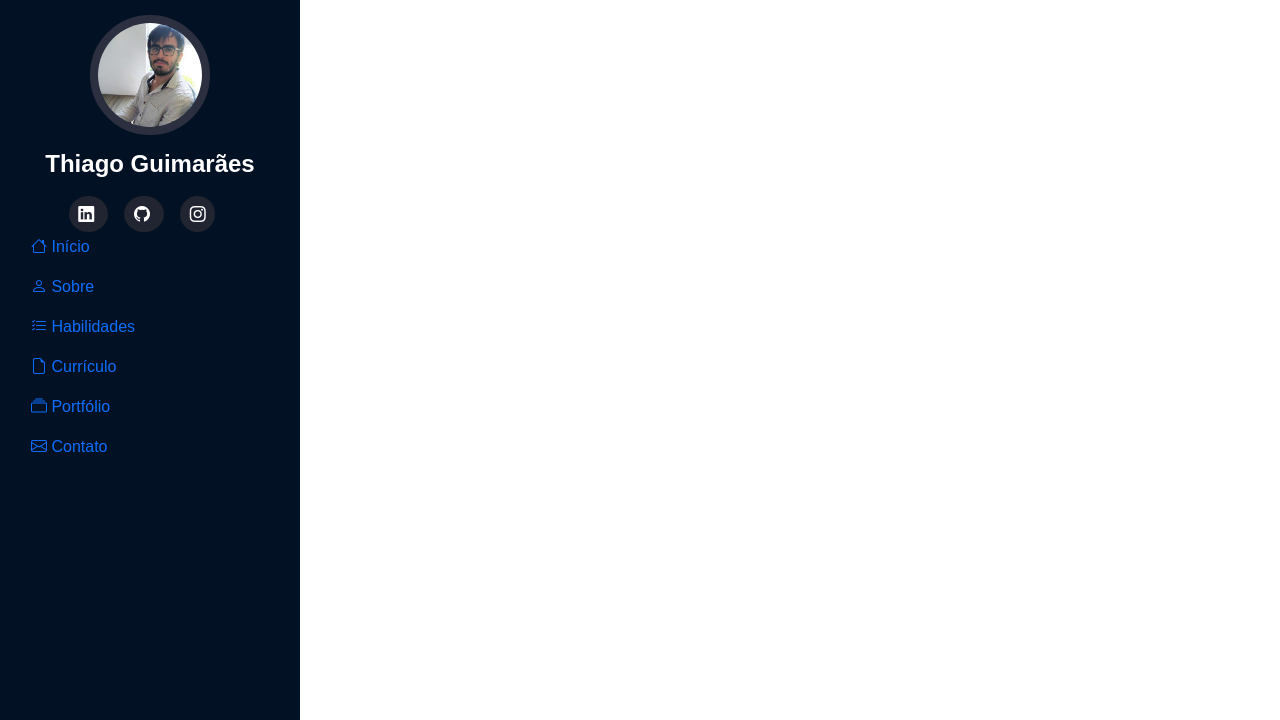
Repository: Rayago/projeto-portfolio
Page: http://localhost/
These files come from the project's save history. The page is drawn as it stood at one moment and after the next save; the edit follows.
The browser window is 1280 px wide. The pictures show the whole page.
Some web fonts or font styles are not loaded; a fallback is used. The page is served by the project's application, run on Flask 3 (app.py).

Above is the page before, as saved 2022-07-11 23:21:26.

### templates/index.html
<!DOCTYPE html>
<html lang="pt-br">
<head>
    <meta charset="UTF-8">
    <meta http-equiv="X-UA-Compatible" content="IE=edge">
    <meta name="viewport" content="width=device-width, initial-scale=1.0">
    <link rel="stylesheet" href="../static/bootstrap/css/bootstrap.css">
    <link rel="stylesheet" href="../static/style.css">
    <link rel="icon" type="image/png" href="../static/img">
    <link rel="stylesheet" href="https://cdn.jsdelivr.net/npm/bootstrap-icons@1.8.3/font/bootstrap-icons.css">
    <title>Thiago Guimarães</title>
</head>
<body>

    <aside id="header">
        <section class="profile">
            <img src="../static/img/meu_perfil.jpg" alt="Foto Perfil"/>
            <h1>Thiago Guimarães</h1>
            <div class="social-links mt-4 text-center">
                <a target="_blank" href="https://www.linkedin.com/in/raymundo-thiago">
                    <i class="bi bi-linkedin"></i>
                </a>
                <a target="_blank" href="https://www.github.com/Rayago">
                    <i class="bi bi-github"></i>
                </a>
                <a target="_blank" href="https://www.instagram.com/estudatech">
                    <i class="bi bi-instagram"></i>
                </a>
            </div>
        </section>

        <nav id="navbar" class="nav-menu">
            <ul class="nav flex-column">
                <li class="nav-item">
                  <a class="nav-link active" aria-current="page" href="#"><i class="bi bi-house" aria-hidden="true"></i> Início</a>
                </li>
                <li class="nav-item">
                  <a class="nav-link" href="#"><i class="bi bi-person" aria-hidden="true"></i> Sobre</a>
                </li>
                <li class="nav-item">
                  <a class="nav-link" href="#"><i class="bi bi-list-check" aria-hidden="true"></i> Habilidades</a>
                </li>
                <li class="nav-item">
                    <a class="nav-link active" aria-current="page" href="#"><i class="bi bi-file-earmark" aria-hidden="true"></i> Currículo</a>
                </li>
                <li class="nav-item">
                    <a class="nav-link" href="#"><i class="bi bi-collection" aria-hidden="true"></i> Portfólio</a>
                </li>
                <li class="nav-item">
                    <a class="nav-link" href="#"><i class="bi bi-envelope" aria-hidden="true"></i> Contato</a>
                </li>
              </ul>
        </nav>

    </aside>


    <script src="../static/bootstrap/js/bootstrap.bundle.min.js"></script>
    <script src="../static/script.js"></script>
</body>
</html>

### app.py
from flask import Flask, render_template, redirect

app = Flask(__name__)

@app.route('/')
def index():
    return render_template('index.html')

if __name__ == '__main__':
    app.run(debug=True)

### static/style.css
@import url('https://fonts.googleapis.com/css2?family=Ubuntu:ital,wght@0,300;0,400;0,500;0,700;1,300;1,400;1,500;1,700&display=swap');

html, body {
    font-family: Ubuntu, Arial;
    width: 100%;
    height: 100%;
}

#header {
    position: fixed;
    top: 0;
    left: 0;
    bottom: 0;
    background: #021124;
    overflow-y: auto;
    width: 300px;
    transition: all ease-in-out 0.5s;
    padding: 0 15px;
    z-index: 9997;
}

#header .profile img {
    margin: 15px auto;
    display: block;
    width: 120px;
    border: 8px solid #2c2f3f;
    border-radius: 50%;
}

#header .profile h1 {
    font-size: 24px;
    margin: 0;
    padding: 0;
    font-weight: 600;
    text-align: center;
    color: white;
}

#header .profile .social-links a {
    font-size: 1rem;
    background: #212431;
    color: #fff;
    padding: 0.6rem;
    margin-right: 1rem;
    border-radius: 50%;
    transition: 0.3s;
    text-decoration: none;
}

#header .profile .social-links a:hover {
    background: #149ddd;
}

Loaded but not shown: static/bootstrap/css/bootstrap.css (library); static/bootstrap/js/bootstrap.bundle.min.js (library); static/script.js (no stored copy; drawn as an empty file)

After the next save:
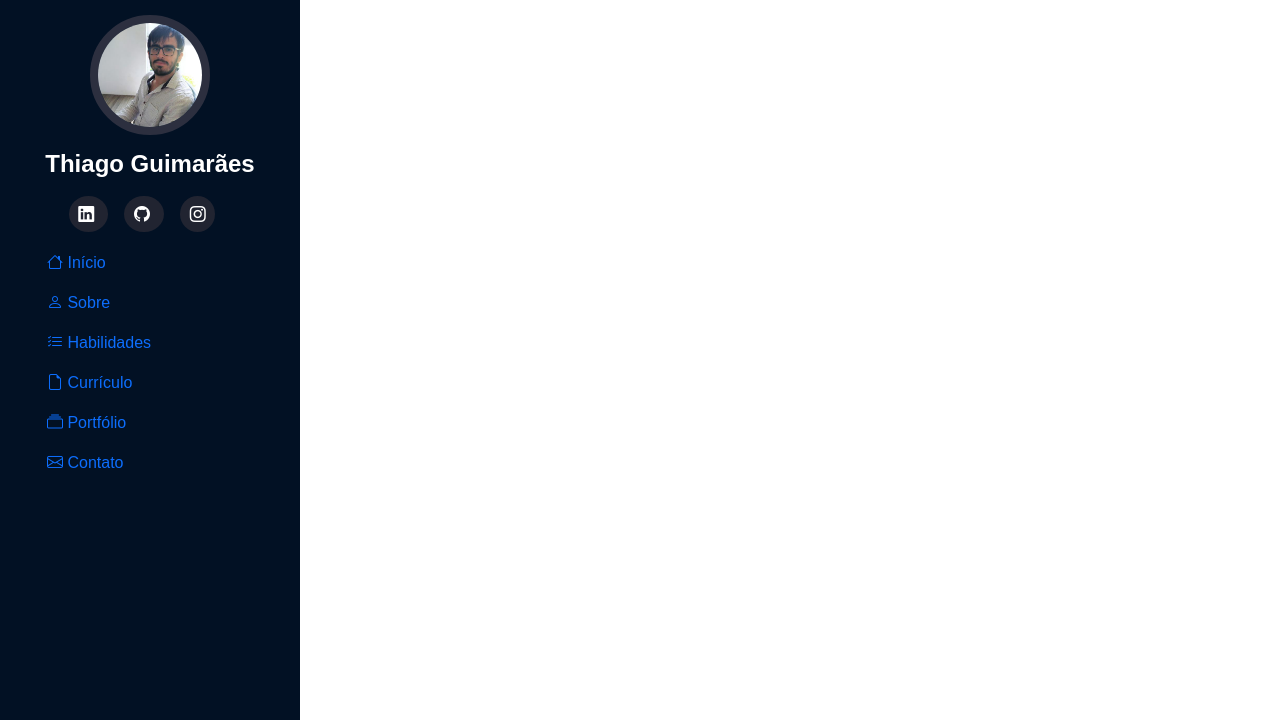
Saved 39 s later.
--- a/static/style.css
+++ b/static/style.css
@@ -50,3 +50,7 @@ html, body {
 #header .profile .social-links a:hover {
     background: #149ddd;
 }
+
+.nav-menu {
+    padding: 1rem;
+}
